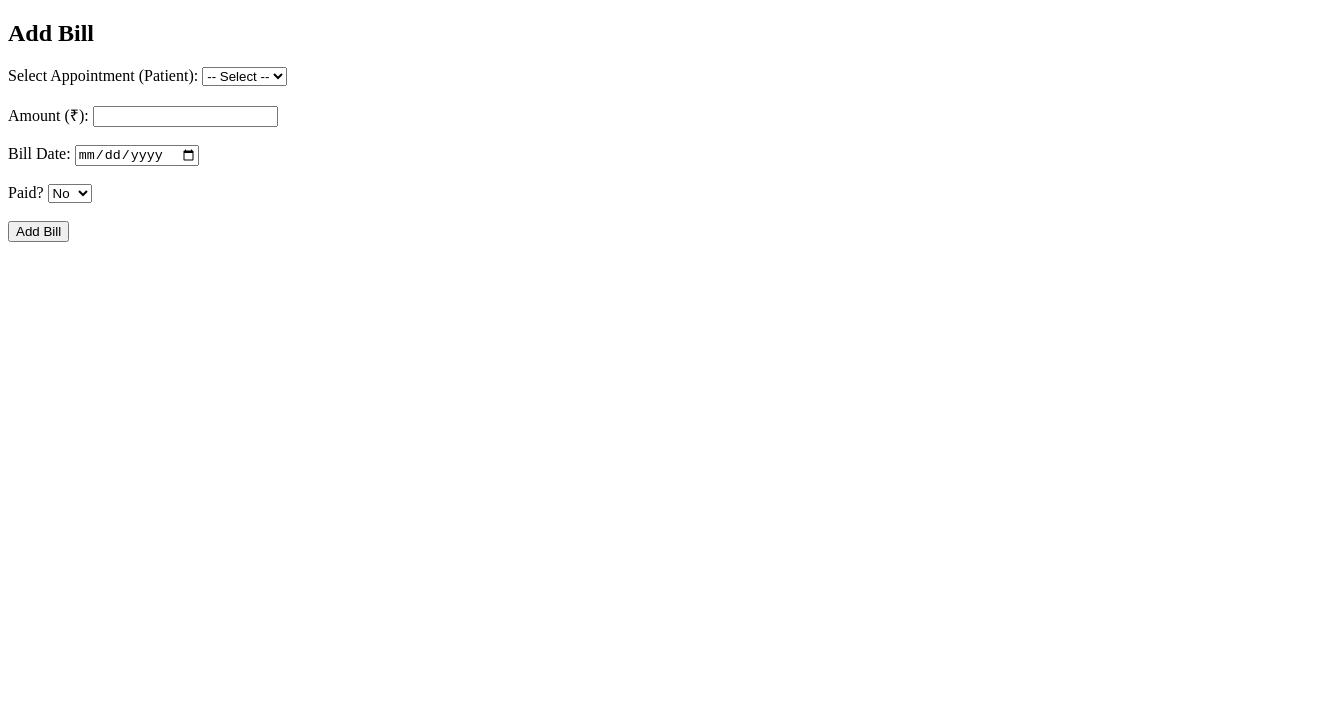
Repository: shreeshskatti/hospital_management_system
Page: http://localhost/bills/add_bill.php
An editor plug-in stored every save of this project. The page is shown before and after the next save, followed by the edit.
The browser window is 1280 px wide. The page is 1280 px wide, then 1340 px, so the pictures cover 1340 px, including what lies to the right of the window. The pictures show the whole page.
Some web fonts or font styles are not loaded; a fallback is used. The page is run by PHP 8.4 with error messages shown; the project is at /var/www/html/. The database holds what the project's SQL file puts in it.

Above is the page before, as saved 2025-05-29 21:59:02.

### bills/add_bill.php
<?php
include '../includes/db.php';

// Fetch appointments with patient names
$query = "SELECT a.appointment_id, p.name
          FROM appointments a
          JOIN patients p ON a.patient_id = p.patient_id";
$result = $conn->query($query);
?>

<!DOCTYPE html>
<html lang="en">
<head>
  <meta charset="UTF-8">
  <title>Add Bill</title>
</head>
<body>
  <h2>Add Bill</h2>
  <form method="POST" action="">
    <label for="appointment_id">Select Appointment (Patient):</label>
    <select name="appointment_id" required>
      <option value="">-- Select --</option>
      <?php while($row = $result->fetch_assoc()): ?>
        <option value="<?= $row['appointment_id'] ?>">
          <?= $row['appointment_id'] ?> - <?= htmlspecialchars($row['name']) ?>
        </option>
      <?php endwhile; ?>
    </select><br><br>

    <label for="amount">Amount (₹):</label>
    <input type="number" step="0.01" name="amount" required><br><br>

    <label for="bill_date">Bill Date:</label>
    <input type="date" name="bill_date" required><br><br>

    <label for="paid">Paid?</label>
    <select name="paid">
      <option value="0">No</option>
      <option value="1">Yes</option>
    </select><br><br>

    <input type="submit" name="submit" value="Add Bill">
  </form>
</body>
</html>

<?php
if (isset($_POST['submit'])) {
  $appointment_id = $_POST['appointment_id'];
  $amount = $_POST['amount'];
  $bill_date = $_POST['bill_date'];
  $paid = $_POST['paid'];

  $stmt = $conn->prepare("INSERT INTO bills (appointment_id, amount, bill_date, paid) VALUES (?, ?, ?, ?)");
  $stmt->bind_param("idsi", $appointment_id, $amount, $bill_date, $paid);

  if ($stmt->execute()) {
    echo "<p style='color:green;'>Bill added successfully.</p>";
  } else {
    echo "<p style='color:red;'>Error: " . $stmt->error . "</p>";
  }
}
?>

### includes/db.php
<?php
$host = 'localhost';
$user = 'root';
$pass = '';
$dbname = 'hospital_db';  // must match your DB name

$conn = new mysqli($host, $user, $pass, $dbname);

if ($conn->connect_error) {
    die("Connection failed: " . $conn->connect_error);
}
?>

### hospital_management_system.sql (the tables this page reads)
CREATE TABLE `appointments` (
  `appointment_id` int(11) NOT NULL,
  `patient_id` int(11) NOT NULL,
  `doctor_id` int(11) NOT NULL,
  `appointment_date` date NOT NULL,
  `appointment_time` time NOT NULL,
  `reason` varchar(255) DEFAULT NULL
) ENGINE=InnoDB DEFAULT CHARSET=utf8mb4 COLLATE=utf8mb4_general_ci;

INSERT INTO `appointments` (`appointment_id`, `patient_id`, `doctor_id`, `appointment_date`, `appointment_time`, `reason`) VALUES
(1, 2, 1, '2025-05-30', '00:00:00', 'mild fever'),
(2, 1, 1, '2025-05-30', '00:00:00', 'headache');

ALTER TABLE `appointments`
  ADD PRIMARY KEY (`appointment_id`),
  ADD KEY `patient_id` (`patient_id`),
  ADD KEY `doctor_id` (`doctor_id`);

ALTER TABLE `appointments`
  MODIFY `appointment_id` int(11) NOT NULL AUTO_INCREMENT, AUTO_INCREMENT=9;

ALTER TABLE `appointments`
  ADD CONSTRAINT `appointments_ibfk_1` FOREIGN KEY (`patient_id`) REFERENCES `patients` (`patient_id`) ON DELETE CASCADE ON UPDATE CASCADE,
  ADD CONSTRAINT `appointments_ibfk_2` FOREIGN KEY (`doctor_id`) REFERENCES `doctors` (`doctor_id`) ON DELETE CASCADE ON UPDATE CASCADE;

CREATE TABLE `patients` (
  `patient_id` int(11) NOT NULL,
  `name` varchar(100) NOT NULL,
  `email` varchar(100) DEFAULT NULL,
  `phone` varchar(20) DEFAULT NULL,
  `dob` date NOT NULL,
  `gender` varchar(10) NOT NULL,
  `address` varchar(255) DEFAULT NULL
) ENGINE=InnoDB DEFAULT CHARSET=utf8mb4 COLLATE=utf8mb4_general_ci;

INSERT INTO `patients` (`patient_id`, `name`, `email`, `phone`, `dob`, `gender`, `address`) VALUES
(1, 'sudeep', 'sud@123', '07975872616', '2025-05-12', 'Male', 'rudset abivruddhi nagar'),
(2, 'syt', 'shreeshkatti212@gmail.com', '07975872616', '2025-05-21', 'Male', 'rudset abivruddhi nagar'),
(5, 'Shreesh Katti', 'shreeshkatti212@gmail.com', '07975872616', '2025-05-30', 'Male', 'rudset abivruddhi nagar'),
(9, 'Shreesh Katti', 'rishi123@gmail.com', '07975872616', '2025-06-07', 'Male', 'rudset abivruddhi nagar');

ALTER TABLE `patients`
  ADD PRIMARY KEY (`patient_id`);

ALTER TABLE `patients`
  MODIFY `patient_id` int(11) NOT NULL AUTO_INCREMENT, AUTO_INCREMENT=10;

### css/style.css
@import url('https://fonts.googleapis.com/css2?family=Merriweather&family=Open+Sans&display=swap');

* {
  margin: 0;
  padding: 0;
  box-sizing: border-box;
}

body {
  background: radial-gradient(circle at top left, #f0f4ff, #fdfdfd);
  font-family: 'Open Sans', sans-serif;
  color: #2E2E2E;
  min-height: 100vh;
  position: relative;
  overflow-x: hidden;
}

/* Background floating shapes */
body::before, body::after {
  content: '';
  position: absolute;
  border-radius: 50%;
  opacity: 0.2;
  z-index: 0;
  pointer-events: none;
  animation: float 10s ease-in-out infinite;
}

body::before {
  width: 300px;
  height: 300px;
  background: #1A1F71;
  top: -80px;
  left: -80px;
}

body::after {
  width: 200px;
  height: 200px;
  background: #C9B037;
  bottom: -60px;
  right: -60px;
}

@keyframes float {
  0%, 100% { transform: translateY(0px); }
  50% { transform: translateY(25px); }
}

h1, h2, h3 {
  font-family: 'Merriweather', serif;
  color: #1A1F71;
  z-index: 1;
  position: relative;
}

.container {
  max-width: 900px;
  margin: 60px auto;
  padding: 40px 30px;
  background-color: rgba(255, 255, 255, 0.9);
  backdrop-filter: blur(10px);
  border-radius: 16px;
  box-shadow: 0 12px 30px rgba(0,0,0,0.1);
  position: relative;
  z-index: 1;
}

button {
  background-color: #1A1F71;
  color: #F9F6F1;
  border: none;
  padding: 14px 28px;
  font-size: 16px;
  border-radius: 8px;
  cursor: pointer;
  font-weight: 600;
  transition: background-color 0.3s ease, color 0.3s ease;
}

button:hover {
  background-color: #C9B037;
  color: #1A1F71;
}

input, select {
  width: 100%;
  padding: 12px;
  margin-top: 10px;
  margin-bottom: 22px;
  border: 1.5px solid #D3D3D3;
  border-radius: 8px;
  font-size: 16px;
  transition: all 0.3s ease;
  background-color: #fafafa;
}

input:focus, select:focus {
  border-color: #C9B037;
  outline: none;
  box-shadow: 0 0 8px rgba(201, 176, 55, 0.5);
  background-color: white;
}

table {
  width: 100%;
  border-collapse: collapse;
  margin-top: 30px;
  font-size: 15px;
}

th, td {
  padding: 14px;
  border: 1px solid #D3D3D3;
  text-align: left;
}

thead {
  background-color: #C9B037;
  color: white;
}

tbody tr:nth-child(even) {
  background-color: #F9F6F1;
}

/* Links and interactions */
a {
  color: #1A1F71;
  text-decoration: none;
  transition: color 0.3s;
  font-weight: bold;
}

a:hover {
  color: #C9B037;
  text-decoration: underline;
}

After the next save:
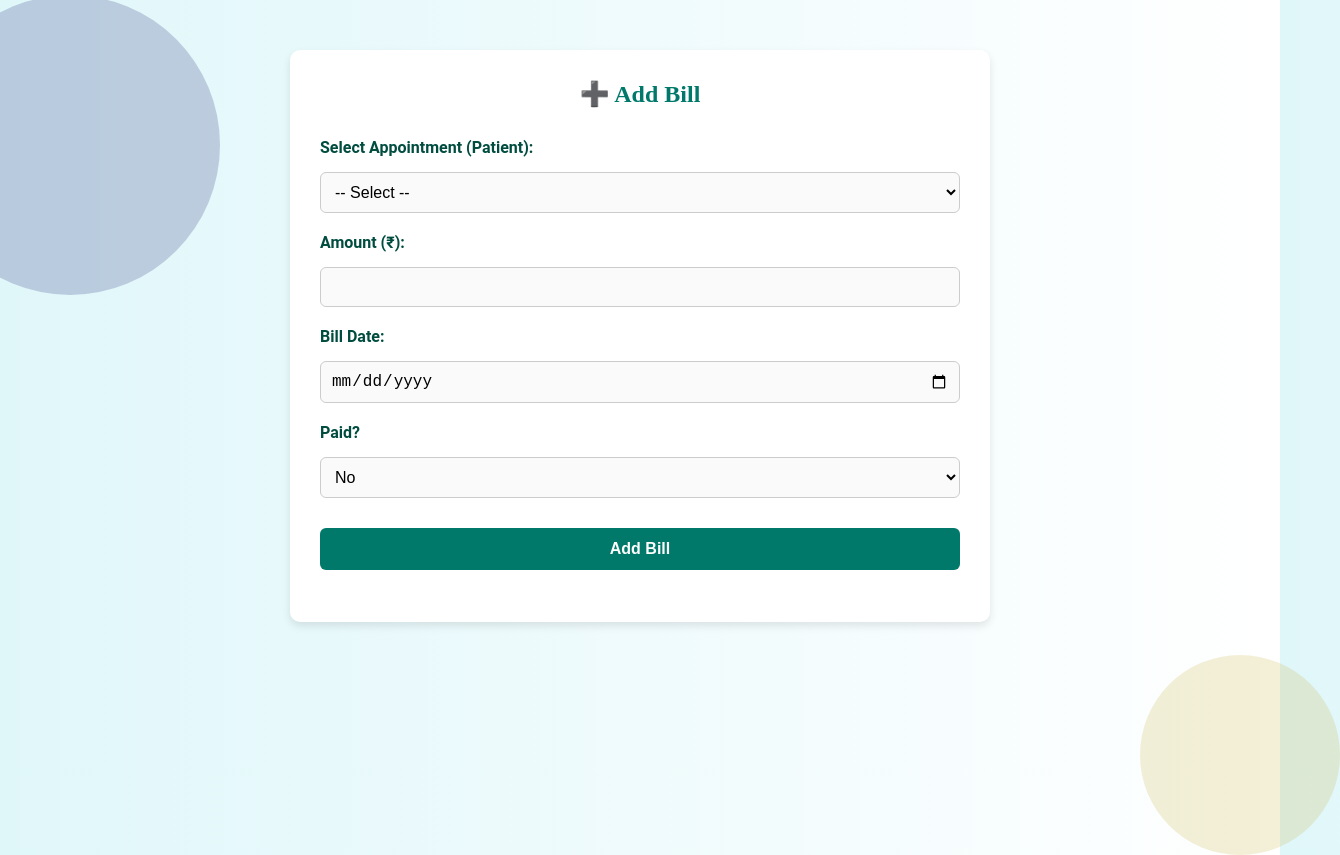
Saved 83 s later.
--- a/bills/add_bill.php
+++ b/bills/add_bill.php
@@ -13,51 +13,113 @@ $result = $conn->query($query);
 <head>
   <meta charset="UTF-8">
   <title>Add Bill</title>
+  <link rel="stylesheet" href="../css/style.css">
+  <style>
+    body {
+      background: linear-gradient(to right, #e0f7fa, #ffffff);
+      font-family: 'Roboto', sans-serif;
+    }
+    .container {
+      max-width: 700px;
+      margin: 50px auto;
+      padding: 30px;
+      background-color: #ffffff;
+      border-radius: 10px;
+      box-shadow: 0 4px 8px rgba(0, 0, 0, 0.1);
+    }
+    h2 {
+      text-align: center;
+      color: #00796B;
+      margin-bottom: 30px;
+    }
+    label {
+      display: block;
+      margin-bottom: 5px;
+      font-weight: bold;
+      color: #004D40;
+    }
+    select, input[type="number"], input[type="date"] {
+      width: 100%;
+      padding: 10px;
+      margin-bottom: 20px;
+      border-radius: 6px;
+      border: 1px solid #ccc;
+      font-size: 16px;
+    }
+    select:focus, input:focus {
+      outline: none;
+      border-color: #00796B;
+      box-shadow: 0 0 5px rgba(0,121,107,0.3);
+    }
+    input[type="submit"] {
+      width: 100%;
+      background-color: #00796B;
+      color: white;
+      padding: 12px;
+      border: none;
+      border-radius: 6px;
+      font-size: 16px;
+      font-weight: bold;
+      cursor: pointer;
+    }
+    input[type="submit"]:hover {
+      background-color: #004D40;
+    }
+    .msg {
+      text-align: center;
+      margin-top: 20px;
+      font-size: 16px;
+    }
+  </style>
 </head>
 <body>
-  <h2>Add Bill</h2>
-  <form method="POST" action="">
-    <label for="appointment_id">Select Appointment (Patient):</label>
-    <select name="appointment_id" required>
-      <option value="">-- Select --</option>
-      <?php while($row = $result->fetch_assoc()): ?>
-        <option value="<?= $row['appointment_id'] ?>">
-          <?= $row['appointment_id'] ?> - <?= htmlspecialchars($row['name']) ?>
-        </option>
-      <?php endwhile; ?>
-    </select><br><br>
 
-    <label for="amount">Amount (₹):</label>
-    <input type="number" step="0.01" name="amount" required><br><br>
+  <div class="container">
+    <h2>➕ Add Bill</h2>
+    <form method="POST" action="">
+      <label for="appointment_id">Select Appointment (Patient):</label>
+      <select name="appointment_id" required>
+        <option value="">-- Select --</option>
+        <?php while($row = $result->fetch_assoc()): ?>
+          <option value="<?= $row['appointment_id'] ?>">
+            <?= $row['appointment_id'] ?> - <?= htmlspecialchars($row['name']) ?>
+          </option>
+        <?php endwhile; ?>
+      </select>
 
-    <label for="bill_date">Bill Date:</label>
-    <input type="date" name="bill_date" required><br><br>
+      <label for="amount">Amount (₹):</label>
+      <input type="number" step="0.01" name="amount" required>
 
-    <label for="paid">Paid?</label>
-    <select name="paid">
-      <option value="0">No</option>
-      <option value="1">Yes</option>
-    </select><br><br>
+      <label for="bill_date">Bill Date:</label>
+      <input type="date" name="bill_date" required>
 
-    <input type="submit" name="submit" value="Add Bill">
-  </form>
+      <label for="paid">Paid?</label>
+      <select name="paid">
+        <option value="0">No</option>
+        <option value="1">Yes</option>
+      </select>
+
+      <input type="submit" name="submit" value="Add Bill">
+    </form>
+
+    <?php
+    if (isset($_POST['submit'])) {
+      $appointment_id = $_POST['appointment_id'];
+      $amount = $_POST['amount'];
+      $bill_date = $_POST['bill_date'];
+      $paid = $_POST['paid'];
+
+      $stmt = $conn->prepare("INSERT INTO bills (appointment_id, amount, bill_date, paid) VALUES (?, ?, ?, ?)");
+      $stmt->bind_param("idsi", $appointment_id, $amount, $bill_date, $paid);
+
+      if ($stmt->execute()) {
+        echo "<p class='msg' style='color: green;'>✅ Bill added successfully.</p>";
+      } else {
+        echo "<p class='msg' style='color: red;'>❌ Error: " . $stmt->error . "</p>";
+      }
+    }
+    ?>
+  </div>
+
 </body>
 </html>
-
-<?php
-if (isset($_POST['submit'])) {
-  $appointment_id = $_POST['appointment_id'];
-  $amount = $_POST['amount'];
-  $bill_date = $_POST['bill_date'];
-  $paid = $_POST['paid'];
-
-  $stmt = $conn->prepare("INSERT INTO bills (appointment_id, amount, bill_date, paid) VALUES (?, ?, ?, ?)");
-  $stmt->bind_param("idsi", $appointment_id, $amount, $bill_date, $paid);
-
-  if ($stmt->execute()) {
-    echo "<p style='color:green;'>Bill added successfully.</p>";
-  } else {
-    echo "<p style='color:red;'>Error: " . $stmt->error . "</p>";
-  }
-}
-?>
